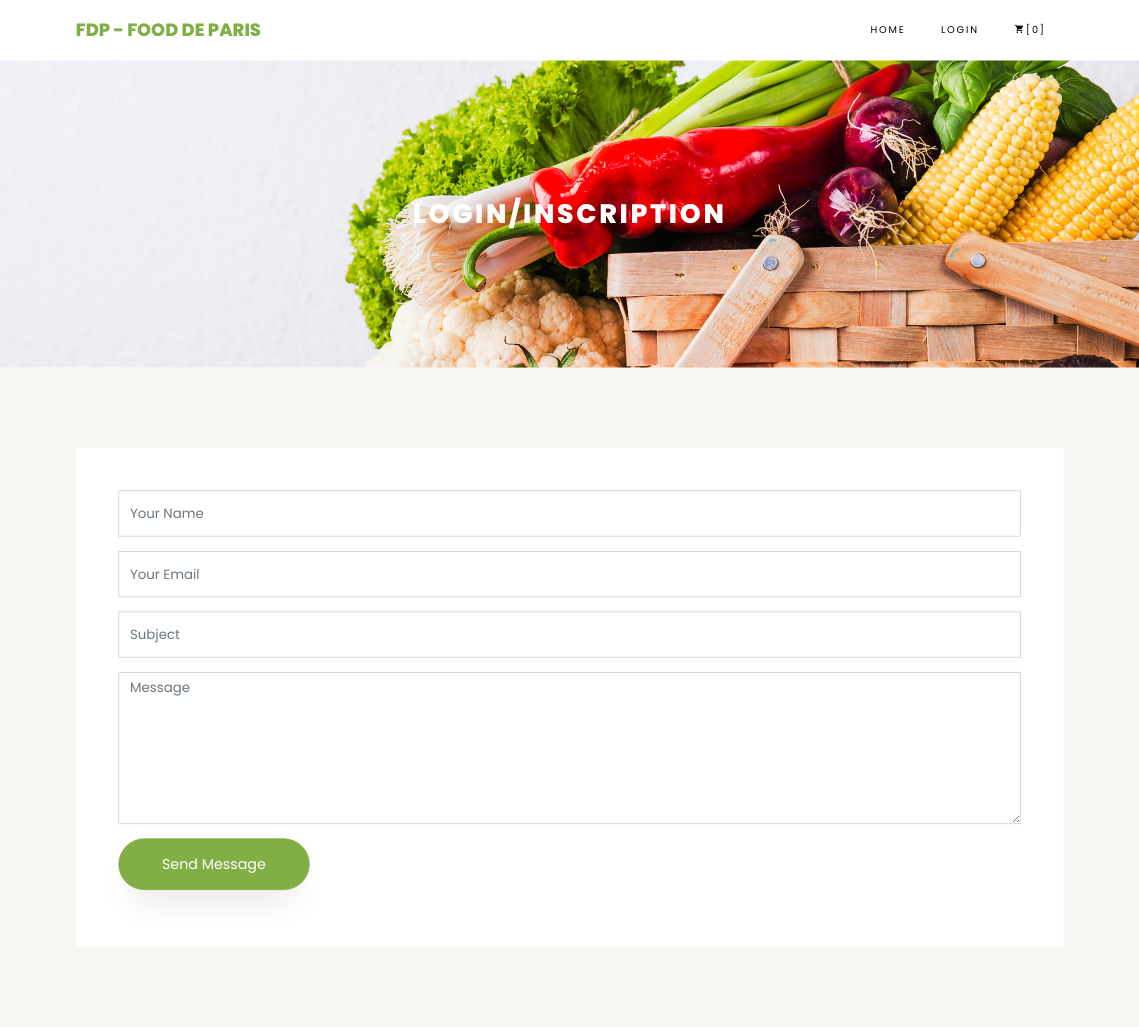
Repository: MacCampers/java-stuff
Page: workspaceJSP/projetRestaurant/WebContent/contact.html
The author's editor kept a copy of each file at every save. The page is drawn from the files as they stood at one save, then again after the next save.
The browser window is 1280 px wide. The pictures show the whole page, at 89% of full size.
Some web fonts or font styles are not loaded; a fallback is used.

Above is the page before, as saved 2020-02-07 14:03:58.

After the next save:
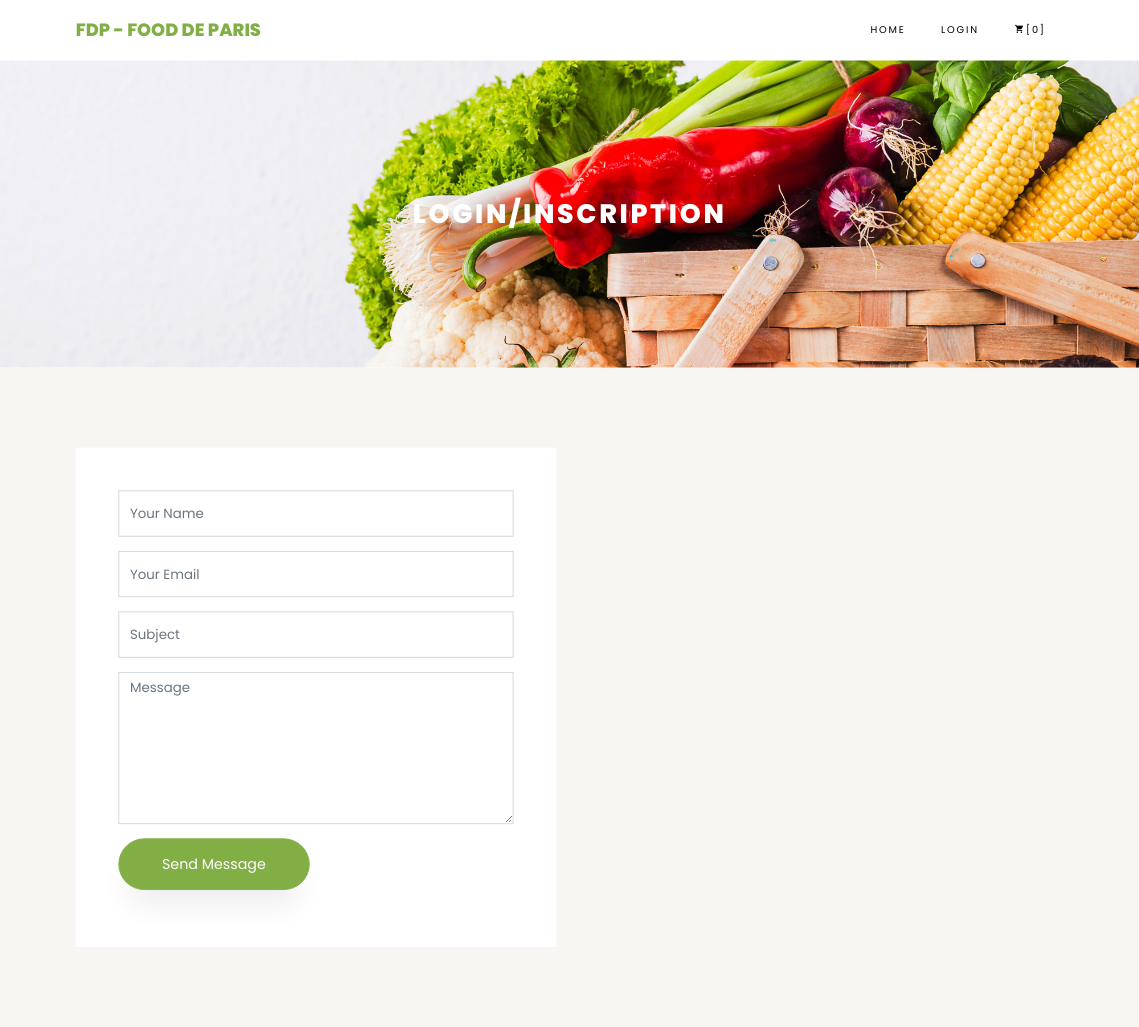
Saved 18 s later.
--- a/workspaceJSP/projetRestaurant/WebContent/contact.html
+++ b/workspaceJSP/projetRestaurant/WebContent/contact.html
@@ -73,7 +73,7 @@
 
 
 			<div class="row block-9">
-				<div class="col-md-12 order-md-last d-flex">
+				<div class="col-md-6 order-md-last d-flex">
 					<form action="#" class="bg-white p-5 contact-form">
 						<div class="form-group">
 							<input type="text" class="form-control" placeholder="Your Name">
